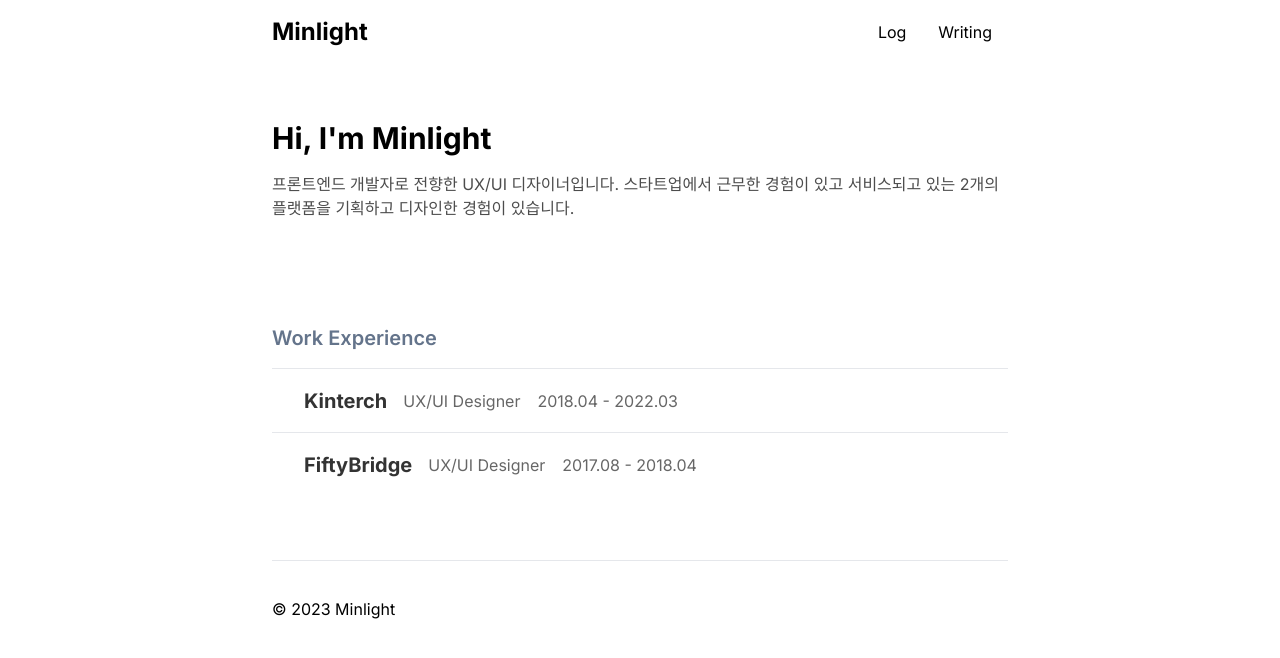
Repository: kwngmin/minlight-log
Page: /
The author's editor kept a copy of each file at every save. The page is drawn from the files as they stood at one save, then again after the next save.
The browser window is 1280 px wide. The pictures show the whole page.
The project was rebuilt for these pictures with package versions that can differ from the ones it lists, and the page was loaded fresh each time. The framework's server and built-in components were replaced by stand-ins that run in the browser. Also part of the build but not shown: next.config.js.

Above is the page before, as saved 2023-04-04 16:16:44.

### src/app/layout.tsx
import "./globals.css";
import Footer from "@/components/Footer";
import Header from "@/components/Header";

import { Inter } from "next/font/google";
const inter = Inter({ subsets: ["latin"] });

export const metadata = {
  title: {
    default: "Minlight",
    template: "Minlight | %s",
  },
  description: "Minlight log",
};

export default function RootLayout({
  children,
}: {
  children: React.ReactNode;
}) {
  return (
    <html lang="en" className={inter.className}>
      <body className="flex flex-col max-w-screen-md mx-auto px-4">
        <Header />
        <main className="">{children}</main>
        <Footer />
      </body>
    </html>
  );
}

### src/app/page.tsx
import Table from "@/components/Table";
import Title from "@/components/Title";

const titleData = {
  title: `Hi, I'm Minlight`,
  description: `프론트엔드 개발자로 전향한 UX/UI 디자이너입니다. 스타트업에서 근무한
경험이 있고 서비스되고 있는 2개의 플랫폼을 기획하고 디자인한 경험이 있습니다.`,
};

const careerData = [
  {
    head: "Kinterch",
    content: "UX/UI Designer",
    period: "2018.04 - 2022.03",
  },
  {
    head: "FiftyBridge",
    content: "UX/UI Designer",
    period: "2017.08 - 2018.04",
  },
];

const educateData = [
  {
    head: "CodeStates",
    content: "Software Engineering Bootcamp · Frontend",
    period: "2022.06 - 2022.12",
  },
  {
    head: "IDAS, Hongik Univeristy",
    content: "Digital Media Design Major · Master of Design",
    period: "2013.03 - 2015.02",
  },
  {
    head: "Kangnam University",
    content: "Visual Design Major · Bachelor of Fine Arts",
    period: "2005.03 - 2012.02",
  },
];

export default function Home() {
  return (
    <section>
      <Title titleData={titleData} />
      <Table tableData={careerData} subject="Work Experience" />
    </section>
  );
}

### src/app/globals.css
@tailwind base;
@tailwind components;
@tailwind utilities;

* {
  box-sizing: border-box;
  padding: 0;
  margin: 0;
}
/*
:root {
  --max-width: 1100px;
  --border-radius: 12px;
  --font-mono: ui-monospace, Menlo, Monaco, "Cascadia Mono", "Segoe UI Mono",
    "Roboto Mono", "Oxygen Mono", "Ubuntu Monospace", "Source Code Pro",
    "Fira Mono", "Droid Sans Mono", "Courier New", monospace;

  --foreground-rgb: 0, 0, 0;
  --background-start-rgb: 214, 219, 220;
  --background-end-rgb: 255, 255, 255;

  --primary-glow: conic-gradient(
    from 180deg at 50% 50%,
    #16abff33 0deg,
    #0885ff33 55deg,
    #54d6ff33 120deg,
    #0071ff33 160deg,
    transparent 360deg
  );
  --secondary-glow: radial-gradient(
    rgba(255, 255, 255, 1),
    rgba(255, 255, 255, 0)
  );

  --tile-start-rgb: 239, 245, 249;
  --tile-end-rgb: 228, 232, 233;
  --tile-border: conic-gradient(
    #00000080,
    #00000040,
    #00000030,
    #00000020,
    #00000010,
    #00000010,
    #00000080
  );

  --callout-rgb: 238, 240, 241;
  --callout-border-rgb: 172, 175, 176;
  --card-rgb: 180, 185, 188;
  --card-border-rgb: 131, 134, 135;
}

@media (prefers-color-scheme: dark) {
  :root {
    --foreground-rgb: 255, 255, 255;
    --background-start-rgb: 0, 0, 0;
    --background-end-rgb: 0, 0, 0;

    --primary-glow: radial-gradient(rgba(1, 65, 255, 0.4), rgba(1, 65, 255, 0));
    --secondary-glow: linear-gradient(
      to bottom right,
      rgba(1, 65, 255, 0),
      rgba(1, 65, 255, 0),
      rgba(1, 65, 255, 0.3)
    );

    --tile-start-rgb: 2, 13, 46;
    --tile-end-rgb: 2, 5, 19;
    --tile-border: conic-gradient(
      #ffffff80,
      #ffffff40,
      #ffffff30,
      #ffffff20,
      #ffffff10,
      #ffffff10,
      #ffffff80
    );

    --callout-rgb: 20, 20, 20;
    --callout-border-rgb: 108, 108, 108;
    --card-rgb: 100, 100, 100;
    --card-border-rgb: 200, 200, 200;
  }
}

* {
  box-sizing: border-box;
  padding: 0;
  margin: 0;
}

html,
body {
  max-width: 100vw;
  overflow-x: hidden;
}

body {
  color: rgb(var(--foreground-rgb));
  background: linear-gradient(
      to bottom,
      transparent,
      rgb(var(--background-end-rgb))
    )
    rgb(var(--background-start-rgb));
}

a {
  color: inherit;
  text-decoration: none;
}

@media (prefers-color-scheme: dark) {
  html {
    color-scheme: dark;
  }
} */

### src/components/Footer.tsx
export default function Footer() {
  return (
    <section className="h-24 flex items-center border-t mt-8">
      © 2023 Minlight
    </section>
  );
}

### src/components/Header.tsx
import Link from "next/link";

const navList = [
  { name: "Log", url: "/log" },
  { name: "Writing", url: "/log" },
];

export default function Header() {
  return (
    <section className="h-16 flex items-center justify-between">
      <Link href="/" className="text-2xl font-bold">
        Minlight
      </Link>
      <nav className="">
        {navList.map(({ name, url }) => (
          <Link href={url} key={name} className="px-4">
            {name}
          </Link>
        ))}
      </nav>
    </section>
  );
}

### src/components/Table.tsx
type Props = {
  tableData: {
    head: string;
    content: string;
    period: string;
  }[];
  subject: string;
};

export default function Table({ tableData, subject }: Props) {
  return (
    <article className="my-8">
      <h2 className="text-center lg:text-left text-xl font-semibold text-slate-500 py-8 lg:py-4">
        {subject}
      </h2>
      <ul>
        {tableData.map(({ head, content, period }) => (
          <li
            key={head}
            className="flex flex-col justify-center lg:justify-start lg:flex-row items-center h-28 lg:h-16 border-t gap-0 lg:gap-4 px-4 lg:px-8"
          >
            <h3 className="font-bold text-xl text-black/80">{head}</h3>
            <section className="text-black/60 text-center lg:text-left flex items-center">
              {content}
              <span className="border-l text-xs mx-2 border-slate-400 shrink-0 " />
              {period}
            </section>
          </li>
        ))}
      </ul>
    </article>
  );
}

### src/components/Title.tsx
type TitleData = {
  title: string;
  description: string;
};
export default function Title({ titleData }: { titleData: TitleData }) {
  const { title, description } = titleData;
  return (
    <div className="py-14">
      <h1 className="text-3xl font-bold mb-4">{title}</h1>
      <p className="text-black/70 break-keep">{description}</p>
    </div>
  );
}

Loaded but not shown: tailwind.config.js (common file)

After the next save:
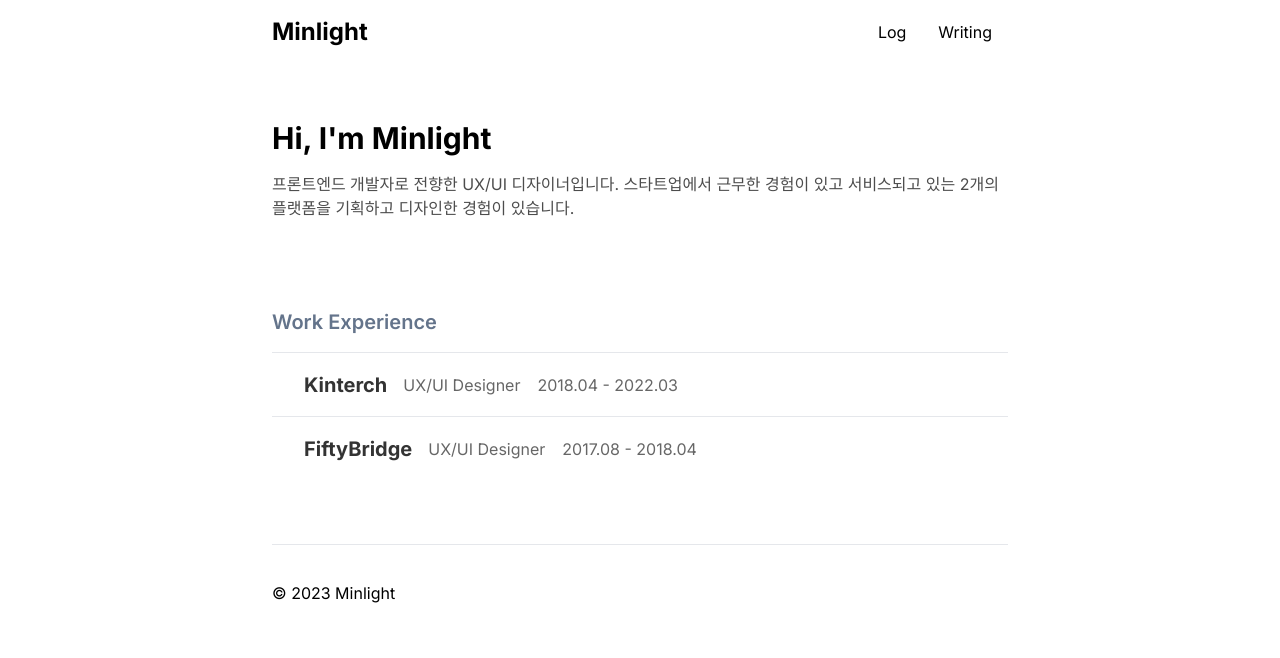
Saved 15 s later.
--- a/src/components/Table.tsx
+++ b/src/components/Table.tsx
@@ -10,7 +10,7 @@ type Props = {
 export default function Table({ tableData, subject }: Props) {
   return (
     <article className="my-8">
-      <h2 className="text-center lg:text-left text-xl font-semibold text-slate-500 py-8 lg:py-4">
+      <h2 className="text-center lg:text-left text-xl font-semibold text-slate-500 pb-8 lg:pb-4">
         {subject}
       </h2>
       <ul>
